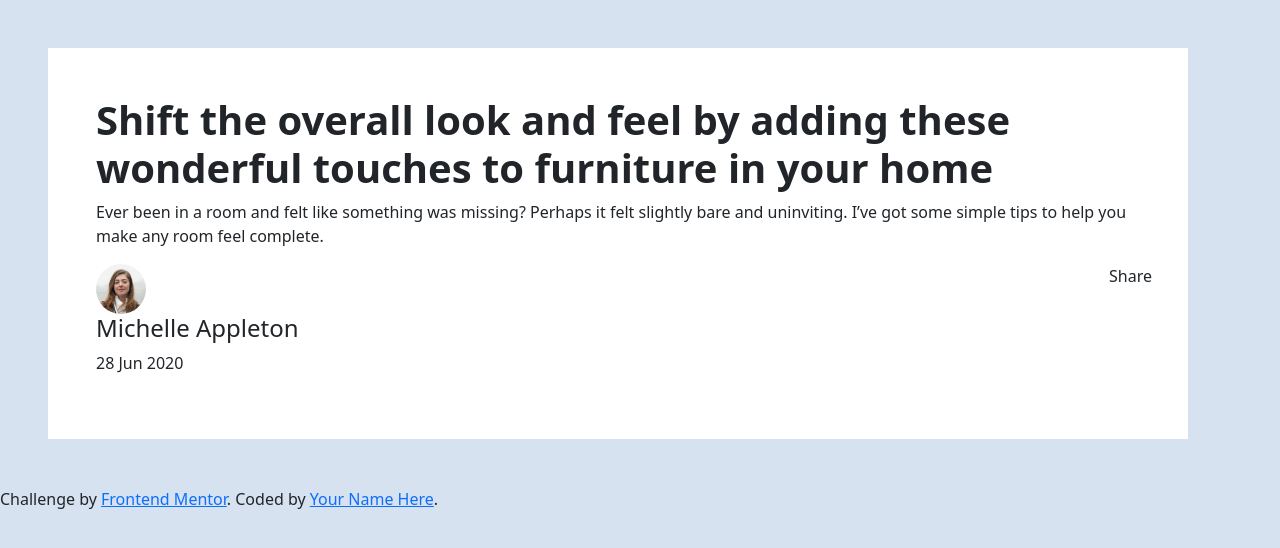
Repository: blordeus/article-preview-component
Page: index.html
These files come from the project's save history. The page is drawn as it stood at one moment and after the next save; the edit follows.
The browser window is 1280 px wide. The pictures show the whole page.

Above is the page before, as saved 2024-05-17 10:21:21.

### index.html
<!DOCTYPE html>
<html lang="en">
<head>
  <meta charset="UTF-8">
  <meta name="viewport" content="width=device-width, initial-scale=1.0"> <!-- displays site properly based on user's device -->

  <link rel="icon" type="image/png" sizes="32x32" href="./images/favicon-32x32.png">
  <link href="https://cdn.jsdelivr.net/npm/bootstrap@5.3.3/dist/css/bootstrap.min.css" rel="stylesheet" integrity="sha384-QWTKZyjpPEjISv5WaRU9OFeRpok6YctnYmDr5pNlyT2bRjXh0JMhjY6hW+ALEwIH" crossorigin="anonymous">
  <script src defer="https://cdn.jsdelivr.net/npm/bootstrap@5.3.3/dist/js/bootstrap.bundle.min.js" integrity="sha384-YvpcrYf0tY3lHB60NNkmXc5s9fDVZLESaAA55NDzOxhy9GkcIdslK1eN7N6jIeHz" crossorigin="anonymous"></script>
  <link rel="stylesheet" href="style.css">
  <title>Frontend Mentor | Article preview component</title>

</head>
<body>

  <main class="bg-color m-5 p-5 container">

    <section>
      <h1 class="text-color fw-bold">Shift the overall look and feel by adding these wonderful touches to furniture in your home</h1>

      <p>
        Ever been in a room and felt like something was missing? Perhaps
        it felt slightly bare and uninviting. I’ve got some simple tips
        to help you make any room feel complete.
      </p>
      <div class="row">
        <div class="col">
          <img class="" src="./images/avatar-michelle.jpg" alt="michelle">
          <h4>Michelle Appleton</h4>
          <p>28 Jun 2020</p>
        </div>
        Share
      </div>
    </section>

  </main>
  <div class="attribution">
    Challenge by <a href="https://www.frontendmentor.io?ref=challenge" target="_blank">Frontend Mentor</a>.
    Coded by <a href="#">Your Name Here</a>.
  </div>
</body>
</html>

### style.css
/* root */
:root {
    --white: hsl(0, 0%, 100%);
    --light-gray: hsl(212, 45%, 89%);
    --grayish-blue: hsl(220, 15%, 55%);
    --dark-blue: hsl(218, 44%, 22%);
}

body {
    background-color: var(--light-gray);
}

main {
    background-color: var(--white);
}

img {
    /* make round */
    border-radius: 50%;
    /* make image smaller */
    width: 5%;
}

After the next save:
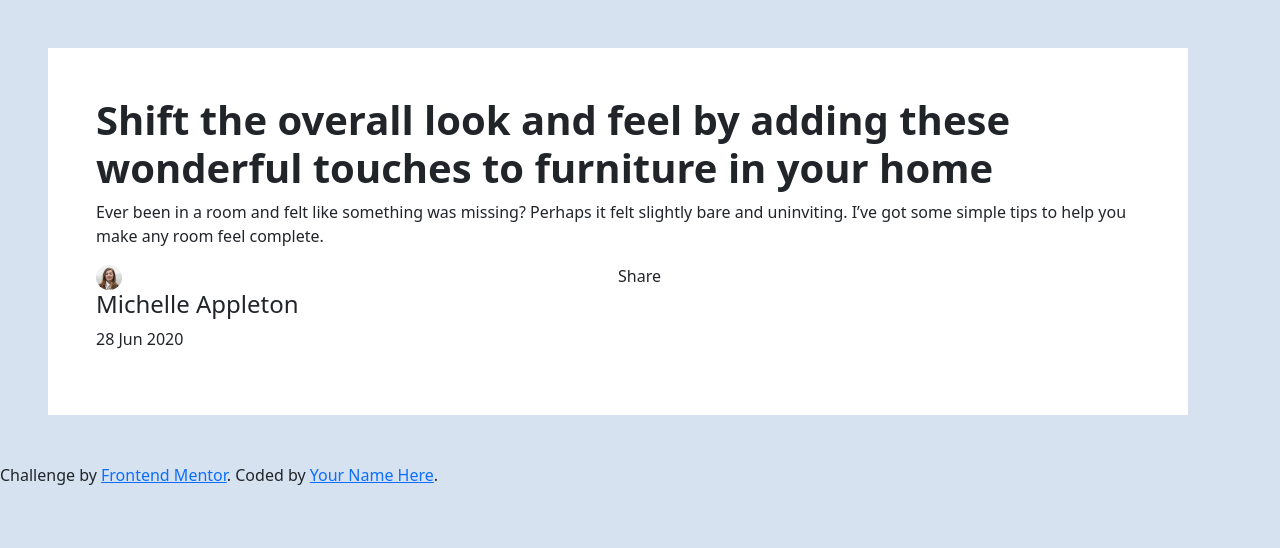
Saved 101 s later.
--- a/index.html
+++ b/index.html
@@ -24,7 +24,7 @@
         to help you make any room feel complete.
       </p>
       <div class="row">
-        <div class="col">
+        <div class="col-6">
           <img class="" src="./images/avatar-michelle.jpg" alt="michelle">
           <h4>Michelle Appleton</h4>
           <p>28 Jun 2020</p>

After the 2 saves that followed:
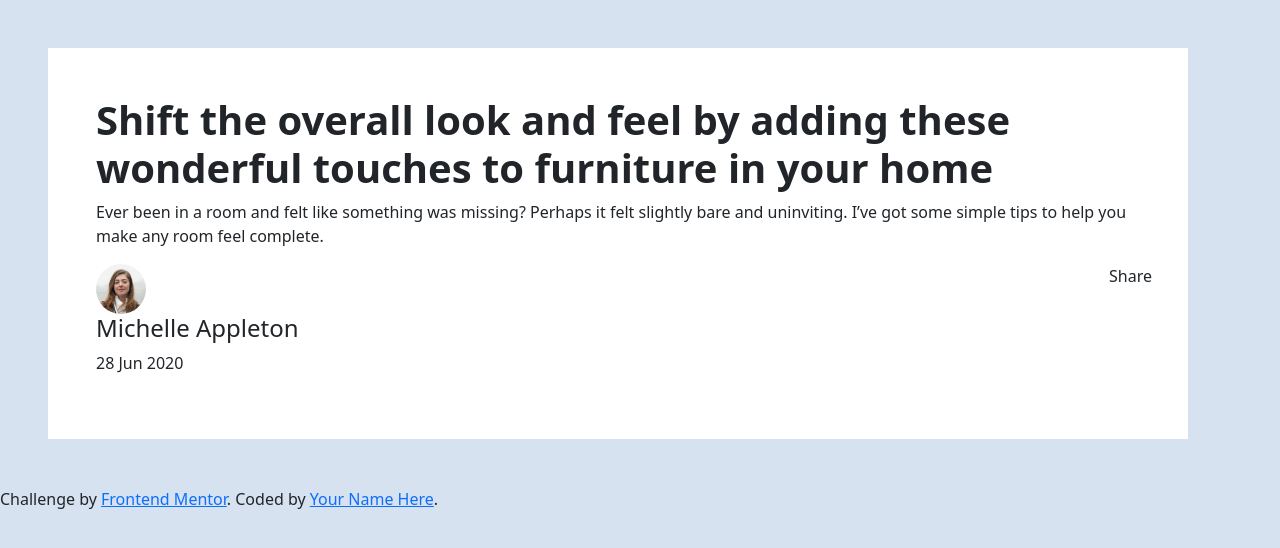
The 2 saves are shown as one change because they came seconds apart.
The last was saved 7 s later.
--- a/index.html
+++ b/index.html
@@ -24,7 +24,7 @@
         to help you make any room feel complete.
       </p>
       <div class="row">
-        <div class="col-6">
+        <div class="col">
           <img class="" src="./images/avatar-michelle.jpg" alt="michelle">
           <h4>Michelle Appleton</h4>
           <p>28 Jun 2020</p>
